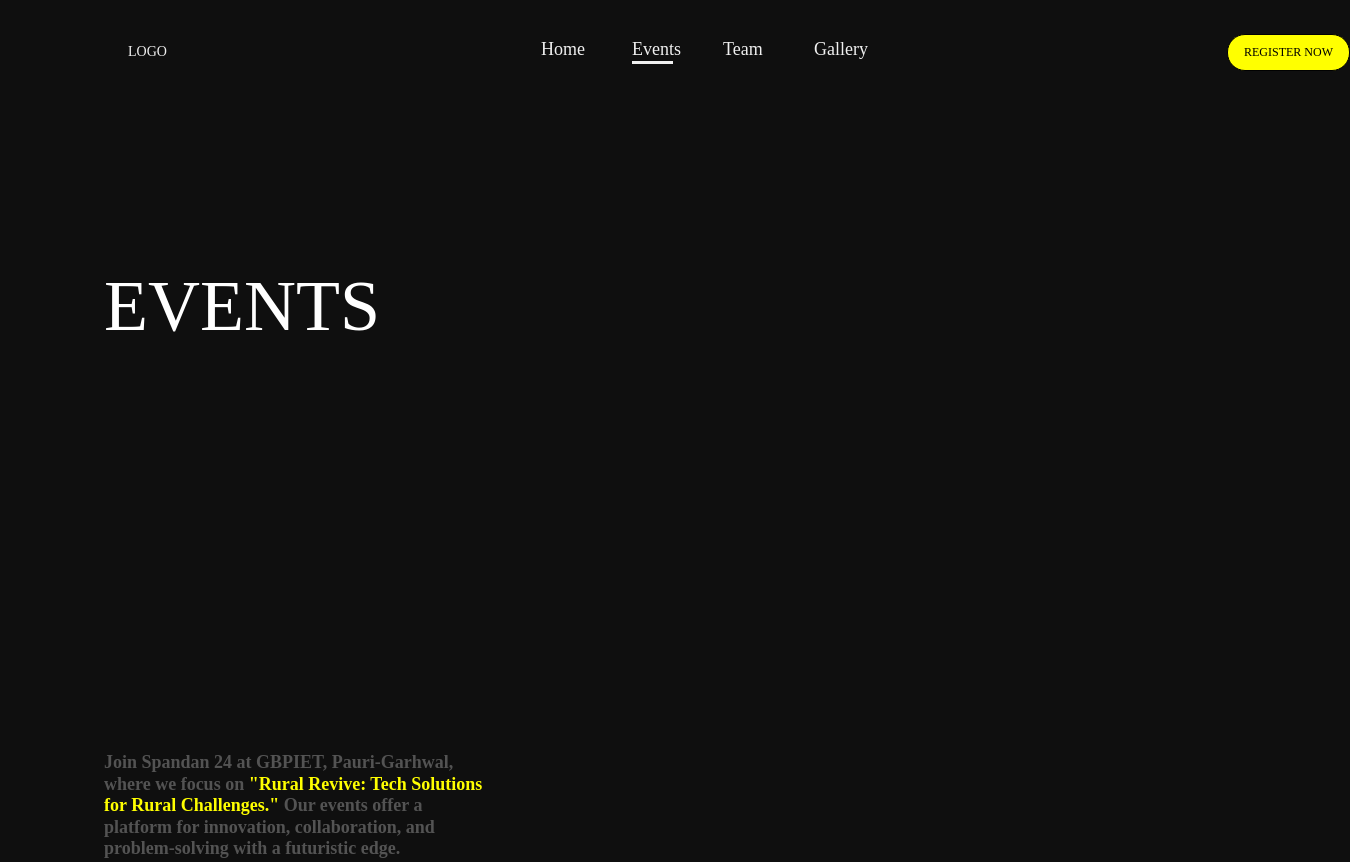
Repository: s4bbi/spandan-3.0
Page: /
The author's editor kept a copy of each file at every save. The page is drawn from the files as they stood at one save, then again after the next save.
The browser window is 1280 px wide. The page is 1350 px wide, so the pictures cover 1350 px, including what lies to the right of the window. The pictures show the whole page.
The project was rebuilt for these pictures with package versions that can differ from the ones it lists, and the page was loaded fresh each time. Also part of the build but not shown: vite.config.js, src/pages/Events/Events.jsx.

Above is the page before, as saved 2024-11-02 02:34:29.

### src/App.jsx
import React from 'react'
import Navbar from './components/Navbar/Navbar'
import { Route, Routes } from 'react-router-dom'
import Home from  './pages/Home/Home'
import Events from  './pages/Events/Events'


const App = () => {
  return (
    <div className='app'>
      <Navbar/>
      { <Routes>
        <Route path="/" element={<Home />} />
        <Route path="Events" element={<Events />} />
      </Routes> }
    </div>
  )
}

export default App

### src/components/Navbar/Navbar.jsx
import React, {useState} from 'react'
import './Navbar.css'
// import {assets} from'../../assets/assets'
const Navbar = () => {

  const [menu,setMenu] = useState("Events");
  return (
    <div className='navbar'>
        <h1 className="logo">LOGO</h1>
        <ul className="navbar-menu">
            <li onClick={()=>setMenu("Home")} className={menu=="Home"?"active":""}>Home</li>
            <li onClick={()=>setMenu("Events")} className={menu=="Events"?"active":""}>Events</li>
            <li onClick={()=>setMenu("Team")} className={menu=="Team"?"active":""}>Team</li>
            <li onClick={()=>setMenu("Gallery")} className={menu=="Gallery"?"active":""}>Gallery</li>
        </ul>


        <button>REGISTER NOW</button>
     </div>

  )
}

export default Navbar

### src/pages/Home/Home.jsx
import React from 'react'
import HeroSection from '../../components/HeroSection/HeroSection'

const Home = () => {
  return (
    <div>
      {<HeroSection/>}
    </div>
  )
}

export default Home

### src/components/Navbar/Navbar.css
.navbar{
    width: 1222px;
    height: 37px;
    margin-top: 34px;
    margin-left: 128px;
    border-radius: 20px 0px 0px 0px;
    display: flex;
    justify-content: space-between;
    align-items: center;
}

.logo{
    width: 41px;
    height: 17px;
    font-family: Gilroy-Light;
    font-size: 14px;
    font-weight: 400;
    line-height: 16.8px;
    text-align: left;
    color:#F0F0F0;
   }

.navbar-menu{
    display:flex;
    list-style:none;
    gap:50px;
    color:#F0F0F0;
    ;
   }

.navbar button{
    background:transparent;
    font-size: 12px;
    background-color:#FFFF00;
    font-family: Gilroy-SemiBold;
    border: 1px solid #010101;
    ;
    padding: 10px 16px 10px 16px;
    border-radius: 18px 18px 18px 18px;
    cursor: pointer;}
    /* transition: 0.3s; */
    /* width: Hug (132px)px; */
 /* height: Hug (37px)px;
top: 34px;
left: 1218px;
padding: 10px 16px 10px 16px;
} */

  .navbar button:hover{
    background-color:#FFFFFF;
    color: #e74c3c;
    }

  /* .navbar .active{
    padding-bottom: 3px;
    border-bottom: 3px solid #49557e;
}   */

.navbar .active {
    padding-bottom: 3px;
    border-bottom: 3px solid #F0F0F0;}
.navbar li{
    cursor: pointer;
    width: 41px;
    height: 17px;
    font-family: Gilroy-SemiBold;
    font-size: 18px;
    font-weight: 400;
    line-height: 17.15px;
    text-align: left;
}

### src/components/HeroSection/HeroSection.jsx
import React from 'react'
import "./HeroSection.css";
// import roboticHandImage from "../assets/eventsHand.webp";




const HeroSection = () => {
  return (
    <div>
      <section className="hero">
      <div className="hero-text">
        <h1 className="hero-title">EVENTS</h1>
        <p className="hero-description">
          Join Spandan 24 at GBPIET, Pauri-Garhwal, where we focus on <span className="highlight">"Rural Revive: Tech Solutions for Rural Challenges."</span> Our events offer a platform for innovation, collaboration, and problem-solving with a futuristic edge.
        </p>
      </div>
      {/* <img src={roboticHandImage} alt="Robotic Hand" className="hero-image" /> */}
    </section>
    </div>
  )
}

export default HeroSection

### src/components/HeroSection/HeroSection.css
.hero {
    display: flex;
    align-items: center;
    justify-content: space-between;
    /* padding-top: 50px;
    max-width: 1200px;
    margin: 192px; */
  }

  .hero-text {
    /* width: 50%; */
    color: white;
    padding-left: 104px;
  }

  .hero-title {
    width: 339px;
    height: 87px;
    padding-top: 192px;
    font-family: Mooner;
    font-size: 72px;
    font-weight: 400;
    line-height: 87.19px;
   }

  .hero-description {
    width: 385px;
    height: 110px;
    padding-top: 402px;
    font-family: Exo 2;
    font-size: 18px;
    font-weight: 600;
    line-height: 21.6px;
    color: #ccc;
    color: #535353;

  }

  .highlight {
    color:#FFFF00;
    font-weight: bold;
  }

  .hero-image {
    width: 45%;
    max-width: 500px;
    height: auto;
  }

### public/style.css
*{
    margin:0px;
    padding:0px;
}

body{
    background-color: #0f0f0f;
}

Loaded but not shown: index.html (common file); src/main.jsx (common file); src/pages/Events/Events.css (no stored copy; drawn as an empty file)

After the next save:
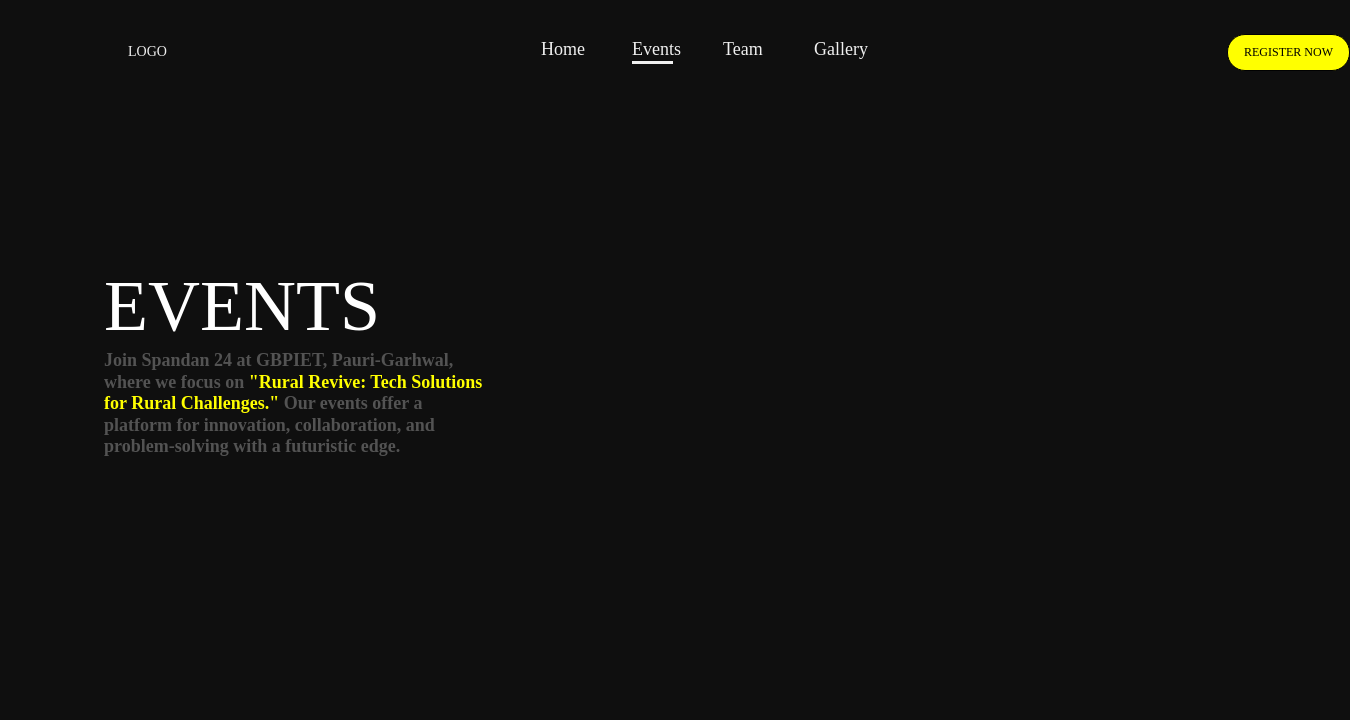
Saved 28 s later.
--- a/src/components/HeroSection/HeroSection.css
+++ b/src/components/HeroSection/HeroSection.css
@@ -26,7 +26,7 @@
   .hero-description {
     width: 385px;
     height: 110px;
-    padding-top: 402px;
+    padding-top: px;
     font-family: Exo 2;
     font-size: 18px;
     font-weight: 600;
